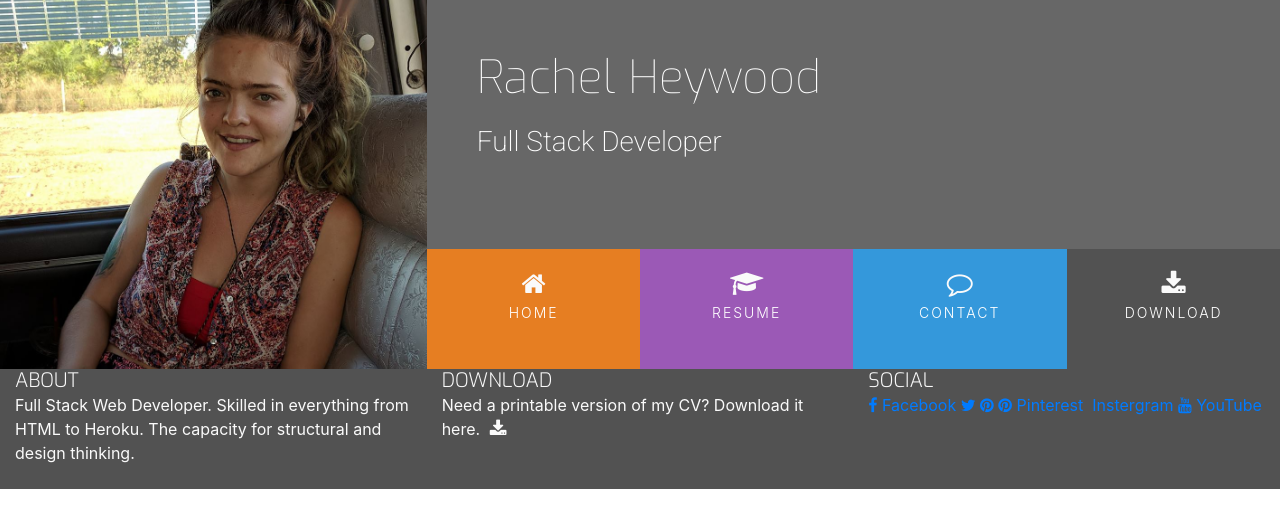
Repository: Heywood93/resume
Page: index.html
The author's editor kept a record of every edit. The page is drawn from the files as they stood at one moment, then again after the next edit.
The browser window is 1280 px wide. The pictures show the whole page.

Above is the page before.

### index.html
<!DOCTYPE html>
<html lang="en">
<head>
    <meta charset="UTF-8">
    <meta name="viewport" content="width=device-width, initial-scale=1.0">
    <meta http-equiv="X-UA-Compatible" content="ie=edge">
    <link rel="stylesheet" href="https://stackpath.bootstrapcdn.com/bootstrap/4.3.1/css/bootstrap.min.css" type="text/css" />
    <link rel="stylesheet" href="https://stackpath.bootstrapcdn.com/font-awesome/4.7.0/css/font-awesome.min.css" type="text/css" />
    <link rel="stylesheet" href="https://cdnjs.cloudflare.com/ajax/libs/hover.css/2.3.1/css/hover-min.css" type="text/css" />
    <link rel="stylesheet" href="assets/css/style.css" type="text/css" />
    <title>Rachel Heywood</title>
</head>
<body>
    <header>
        <div class="row no-gutters">
            <a href="index.html" class="col-md-4 logo">

            </a>
            <div class="col-md-8">
                <div class="row no-gutters bg-color-name-title">
                    <div class="col heading">
                        <h1 class="name">Rachel Heywood</h1>
                        <h2 class="title">Full Stack Developer</h2>
                    </div>
                </div>
                <div class="row no-gutters">
                    <div class="col">
                        <ul id="nav" class="list-inline menucontainer">
                            <li class="col-6 col-sm-3 ui-menu-color-home list-inline-item menuitem">
                                <a href="#" class="hvr-sweep-to-bottom"><i class="fa fa-home" aria-hidden="true"></i><span>Home</span></a>
                            </li>
                            <li class="col-6 col-sm-3 ui-menu-color-resume list-inline-item menuitem">
                                <a href="#" class="hvr-sweep-to-bottom"><i class="fa fa-graduation-cap" aria-hidden="true"></i><span>Resume</span></a>
                            </li>
                            <li class="col-6 col-sm-3 ui-menu-color-contact list-inline-item menuitem">
                                <a href="#" class="hvr-sweep-to-bottom"><i class="fa fa-comment-o" aria-hidden="true"></i><span>Contact</span></a>
                            </li>
                            <li class="col-6 col-sm-3 ui-menu-color-download list-inline-item menuitem">
                                <a href="#" class="hvr-sweep-to-bottom"><i class="fa fa-download" aria-hidden="true"></i><span>Download</span></a>
                            </li>
                        </ul>
                    </div>
                </div>
            </div>
        </div>

    </header>
    <section>

    </section>
    <footer class="container-fluid">
        <div class="row">
            <div class="col-sm-4">
                <h5 class="uppercase general-sub">About</h5>
                <p class="inline-block">
                    Full Stack Web Developer. Skilled in everything from HTML to Heroku.
                    The capacity for structural and design thinking.
                </p>
            </div>
            <div class="col-sm-4">
                <h5 class="uppercase general-sub">Download</h5>
                <p class="inline-block">
                    Need a printable version of my CV? Download it here.
                    <a href="#" target="_blank" class="cv-pdf">
                        <i class="fa fa-download" aria-hidden="true"></i>
                        <span class="sr-only">Download link.</span>
                    </a>
                </p>
            </div>
            <div class="col-sm-4">
                <h5 class="uppercase general-sub">Social</h5>
                <ul class="list-inline social-links">
                    <li class="list-inline-item">
                        <a target="_blank" href="#">
                            <i class="fa fa-facebook" aria-hidden="true"></i>
                            <span class="sr-only"></span><span>Facebook</span>
                        </a>
                    </li>
                    <li class="list-inline-item">
                        <a target="_blank" href="#">
                            <i class="fa fa-twitter" aria-hidden="true"></i>
                            <span class="sr-only">Twitter</span>
                        </a>
                    </li>
                    <li class="list-inline-item">
                        <a target="_blank" href="#">
                            <i class="fa fa-pinterest" aria-hidden="true"></i>
                            <span class="sr-only">LinkedIn</span>
                        </a>
                    </li>
                    <li class="list-inline-item">
                        <a target="_blank" href="#">
                            <i class="fa fa-pinterest" aria-hidden="true"></i>
                            <span class="sr-only"></span><span>Pinterest</span>
                        </a>
                    </li>
                    <li class="list-inline-item">
                        <a target="_blank" href="#">
                            <i class="fa fa-instergram" aria-hidden="true"></i>
                            <span class="sr-only"></span><span>Instergram</span>
                        </a>
                    </li>
                    <li class="list-inline-item">
                        <a target="_blank" href="#">
                            <i class="fa fa-youtube" aria-hidden="true"></i>
                            <span class="sr-only"></span><span>YouTube</span>
                        </a>
                    </li>
                </ul>
            </div>
        </div>
    </footer>
</body>
</html>

### assets/css/style.css
@import url('https://fonts.googleapis.com/css?family=Roboto:100,200,300,400,500,600,700|Exo:100,200,300,400,500,600,700');

/*----------Colors */

.bg-color-name-title {
    background-color: #676767;
}

.ui-menu-color-home {
    background-color: #e67e22
}

.ui-menu-color-resume {
    background-color: #9b59b6
}

.ui-menu-color-contact {
    background-color: #3498db
}

.ui-menu-color-download {
    background-color: #525252
}

/*----------Special paddings/margins/text */

h1,
h2,
h3,
h4,
h5 {
    margin: 0;
}

.uppercase {
    text-transform: uppercase;
}

.general-sub {
    font-family: "Exo", sans-serif;
    font-weight: 300;
    color: #fafafa;
}

.inline-block {
    display: inline-block;
}

/*----------Heading */

header {
    margin: 0;
}

.heading {
    margin-left: 50px;
}

.logo {
    background: url(../images/profile-picture.jpg);
    background-position: center;
    background-repeat: no-repeat;
    background-size: cover;
    min-height: 360px;
    transition: all .5s ease-in-out;
    -moz-transition: all .5s ease-in-out;
    -webkit-transition: all .5s ease-in-out;
}

.name {
    font-family: "Exo", sans-serif;
    font-weight: 100;
    font-size: 46px;
    margin-top: 50px;
    color: #fff;
}

.title {
    font-family: "Roboto", sans-serif;
    font-weight: 200;
    font-size: 28px;
    margin-top: 20px;
    margin-bottom: 90px;
    color: #fff;
}

.list-inline-item:not(:last-child) {
    margin: 0;
}

.menucontainer {
    font-size: 0;
}

#nav {
    margin: 0;
}

#nav li {
    font-size: 14px;
    padding: 0;
}

.menuitem {
    height: 120px;
    text-align: center;
    padding: 0;
}

.menuitem a {
    width: 100%;
    text-decoration: none;
    color: #fff;
    height: 120px;
}

.menuitem a i {
    padding-top: 22px;
    display: block;
    color: #fafafa;
    font-size: 26px;
}

.menuitem span {
    display: block;
    width: 100%;
    padding-top: 5px;
    text-align: center;
    text-transform: uppercase;
    font-size: 14px;
    font-weight: 300;
    letter-spacing: 2px;
}

/*----------Hover.css */

.hvr-sweep-to-bottom:before {
    background: rgba(0, 0, 0, 0.2);
    height: 120px;
}

/*----------Footer */

footer {
    background-color: #525252;
    color: #fafafa;
    min-height: 120px;
    margin: 0;
}

.cv-pdf i {
    font-size: 18px;
    color: #fafafa;
    text-align: center;
    padding-left: 5px;
    transition: all 0.35s ease-in-out;
    -moz-transition: all 0.35s ease-in-out;
    -webkit-transition: all 0.35s ease-in-out;
    -o-transition: all 0.35s ease-in-out;
}

.cv.pdf i:hover {
    color: #e84610;
}

.socail-links {
    padding-bottom: 15px;
}

.

After the next edit:
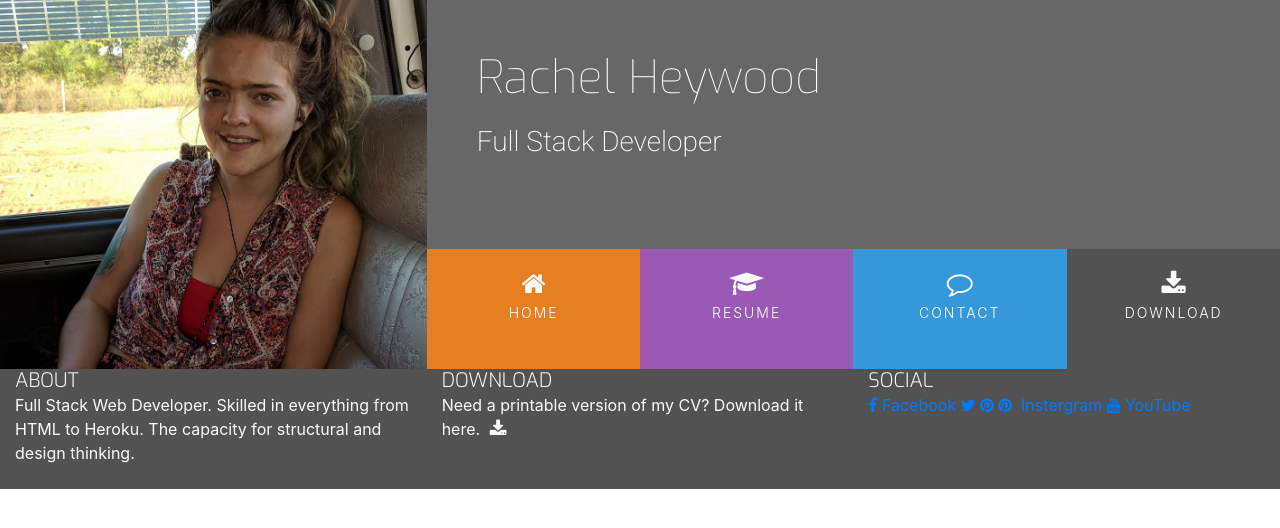
The edit:
--- a/index.html
+++ b/index.html
@@ -91,7 +91,7 @@
                     <li class="list-inline-item">
                         <a target="_blank" href="#">
                             <i class="fa fa-pinterest" aria-hidden="true"></i>
-                            <span class="sr-only"></span><span>Pinterest</span>
+                            <span class="sr-only">Pinterest</span>
                         </a>
                     </li>
                     <li class="list-inline-item">
